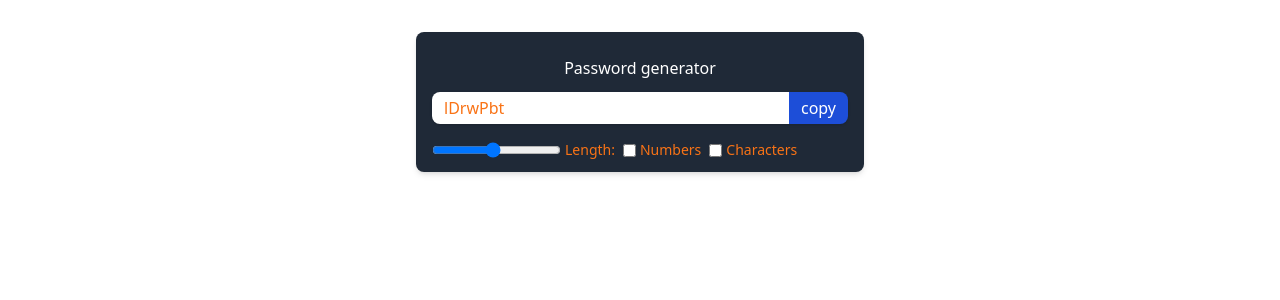
Repository: Adarshjeet0/ReactJs
Page: / (app in 05passwordGenerator/)
These files come from the project's save history. The page is drawn as it stood at one moment and after a run of saves; the edit follows.
The browser window is 1280 px wide. The pictures show the whole page.
The project was rebuilt for these pictures with package versions that can differ from the ones it lists, and the page was loaded fresh each time. Also part of the build but not shown: 05passwordGenerator/vite.config.js.

Above is the page before, as saved 2024-12-01 11:24:11.

After the next 2 saves:
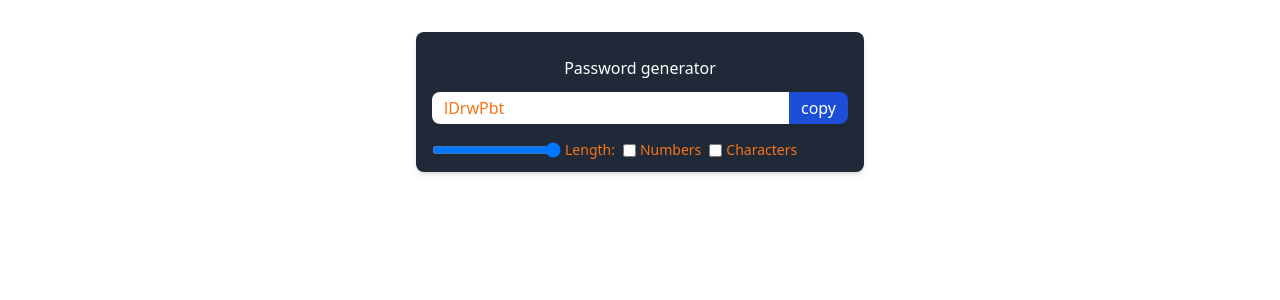
The 2 saves are shown as one change because 1 did not build or start.
The last was saved 11 s later.
--- a/05passwordGenerator/src/App.jsx
+++ b/05passwordGenerator/src/App.jsx
@@ -54,6 +54,7 @@
         <input
           type="range"
           min="6"
+          max={24}
           className='cursor-pointer'
         />
         <label>Length:</label>
